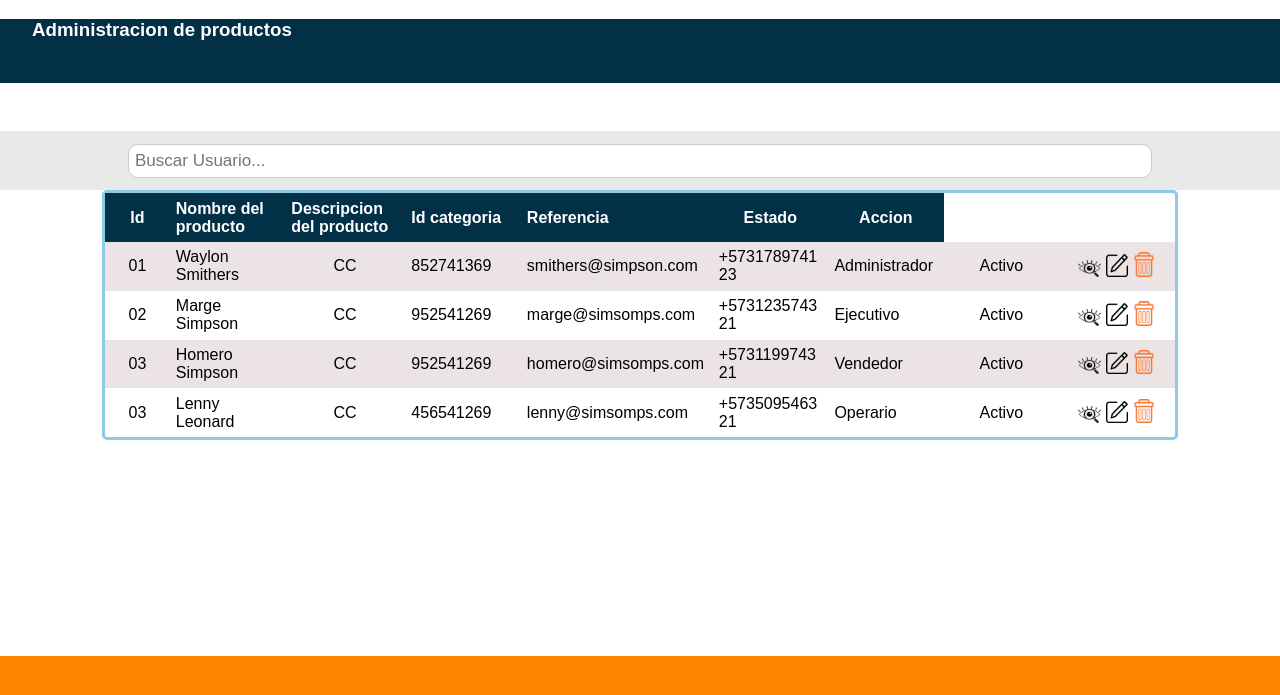
Repository: AlexanderBarona/Proyecto_Ciclo3_Mintic
Page: PaginaWeb/pages/listar_productos.html
These files come from the project's save history. The page is drawn as it stood at one moment and after the next save; the edit follows.
The browser window is 1280 px wide. The pictures show the whole page.

Above is the page before, as saved 2021-09-30 15:18:38.

After the next save:
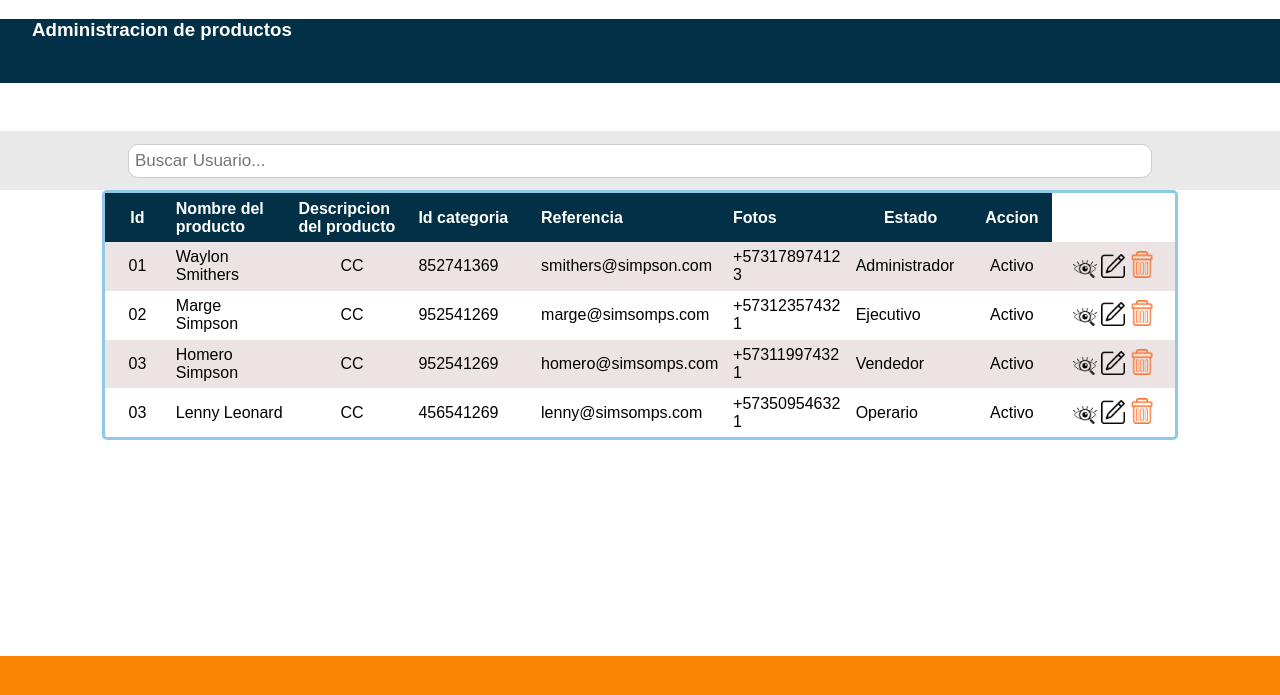
Saved 92 s later.
--- a/PaginaWeb/pages/listar_productos.html
+++ b/PaginaWeb/pages/listar_productos.html
@@ -30,6 +30,7 @@
                     <td class="table_cell">Descripcion del producto</td>
                     <td class="table_cell">Id categoria</td>
                     <td class="table_cell">Referencia</td>
+                    <td class="table_cell">Fotos</td>
                     <td class="table_cell center">Estado</td>
                     <td class="table_cell center">Accion</td>
 
